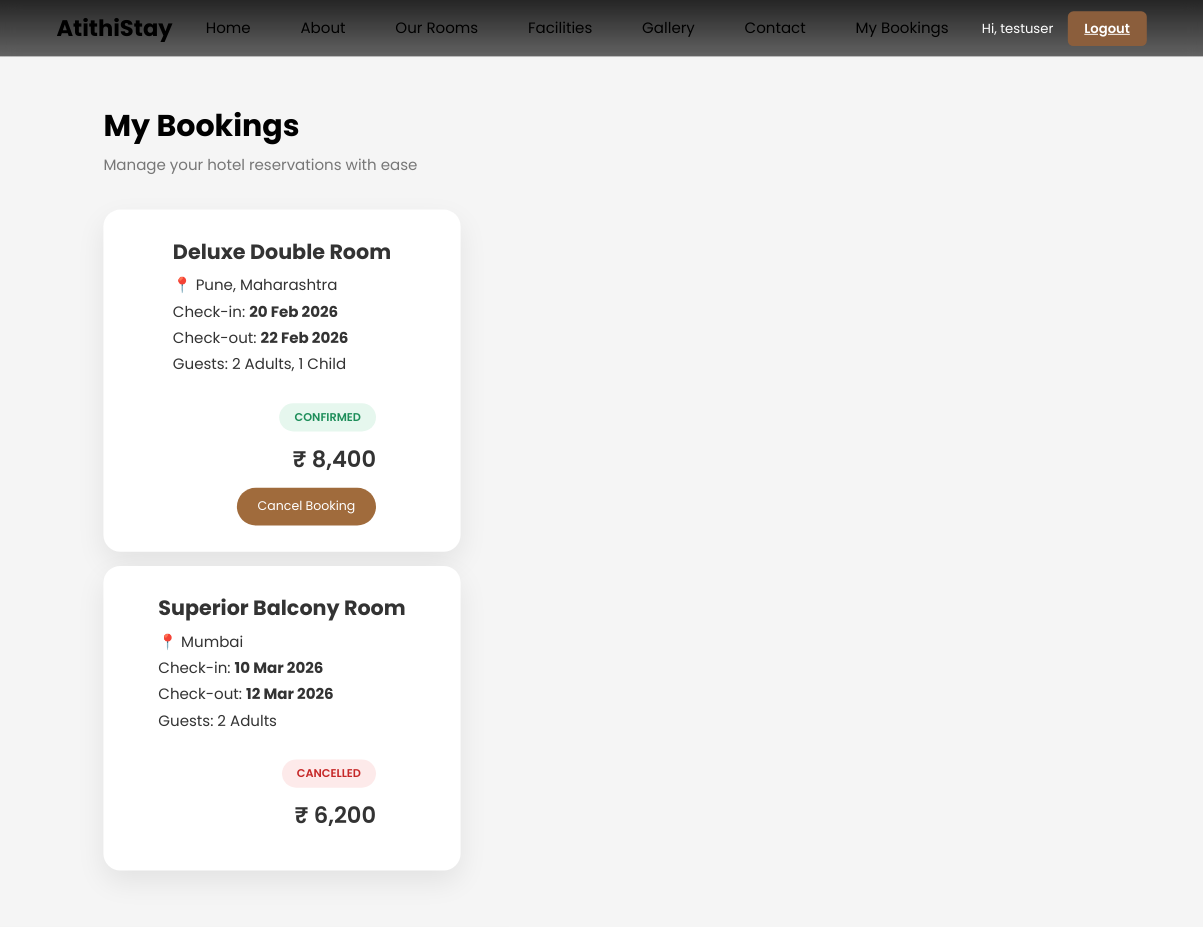
Repository: shraddhasal/HotelManagementSystem
Page: http://localhost/HMS/jsp/user/mybookings.jsp
These files come from the project's save history. The page is drawn as it stood at one moment and after the next save; the edit follows.
The browser window is 1280 px wide. The pictures show the whole page, at 94% of full size.
The page is served by Tomcat 10. The session is filled in as if someone had signed in: {"userName": "testuser"}.

Above is the page before, as saved 2026-02-17 12:40:30.

After the next save:
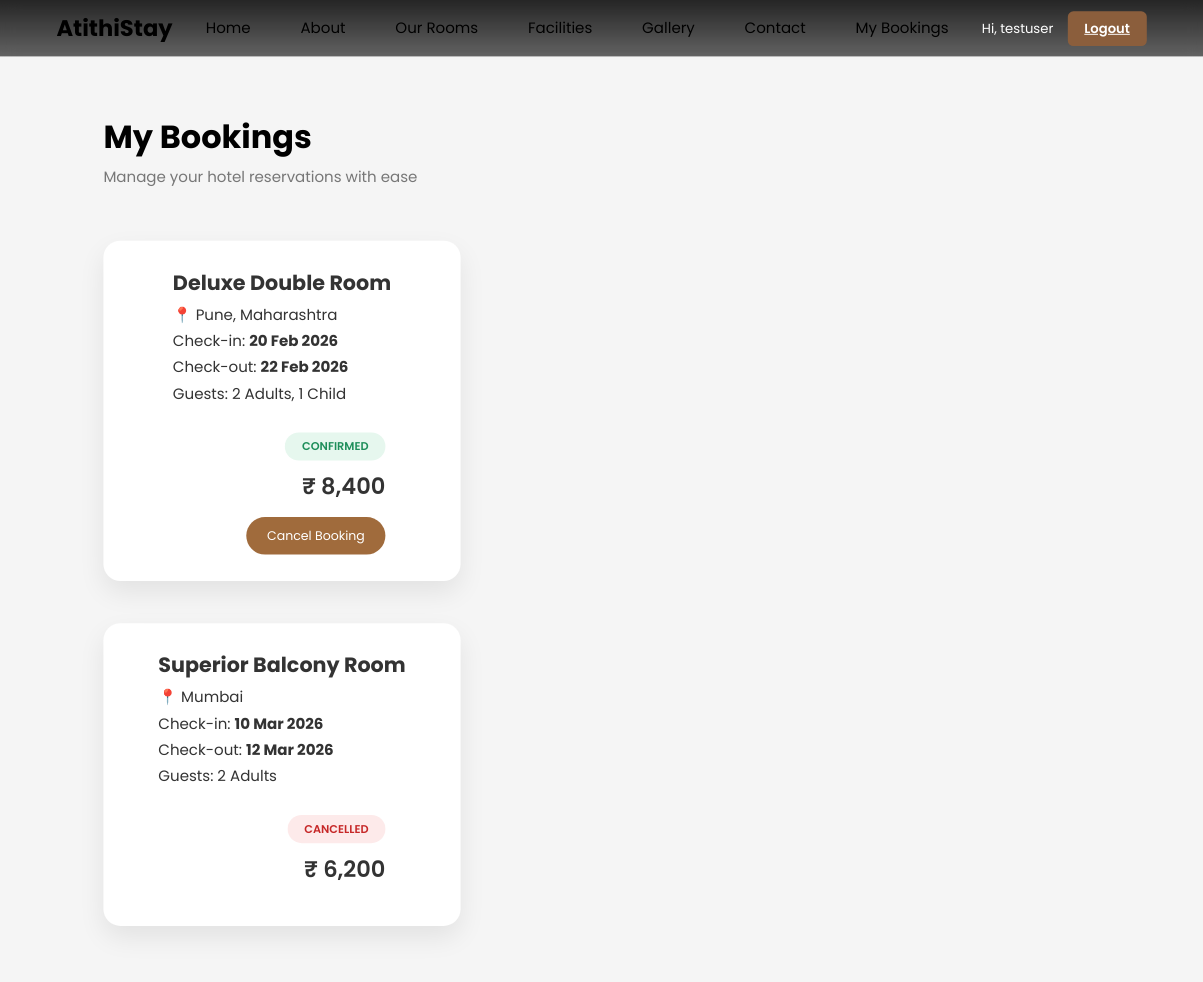
Saved 19 s later.
--- a/HMS/src/main/webapp/css/mybookings.css
+++ b/HMS/src/main/webapp/css/mybookings.css
@@ -1,61 +1,57 @@
 @import url("./home.css");
 
-/* RESET */
-* {
-  box-sizing: border-box;
-}
-
+/* BASE */
 body {
   font-family: 'Poppins', sans-serif;
   background: #f5f5f5;
   margin: 0;
 }
 
-/* PAGE WRAPPER */
+/* PAGE */
 .mybookings-page {
   max-width: 1100px;
-  margin: 110px auto 60px; /* ✅ PERFECT SPACE BELOW FIXED NAVBAR */
+  margin: 120px auto 60px; /* PERFECT spacing below navbar */
   padding: 0 20px;
 }
 
 /* HEADER */
 .mybookings-header h1 {
-  font-size: 32px;
+  font-size: 34px;
   margin-bottom: 6px;
 }
 
 .mybookings-header p {
   color: #777;
-  margin-bottom: 35px;
+  margin-bottom: 40px;
 }
 
-/* LIST – ONE CARD PER ROW */
-.bookings-list {
+/* CONTAINER */
+.bookings-container {
   display: flex;
   flex-direction: column;
   gap: 30px;
 }
 
-/* CARD */
+/* HORIZONTAL CARD */
 .booking-card {
-  background: #fff;
+  background: #ffffff;
   border-radius: 18px;
-  padding: 28px 32px;
+  padding: 28px 34px;
   display: flex;
   justify-content: space-between;
   align-items: center;
-  box-shadow: 0 12px 30px rgba(0,0,0,0.08);
+  box-shadow: 0 12px 28px rgba(0,0,0,0.08);
 }
 
 /* LEFT */
 .booking-left h3 {
   font-size: 22px;
-  margin-bottom: 8px;
+  margin-bottom: 6px;
 }
 
 .location {
   color: #a06b3c;
-  margin-bottom: 12px;
+  margin-bottom: 10px;
 }
 
 .booking-left p {
@@ -66,23 +62,23 @@ body {
 /* RIGHT */
 .booking-right {
   text-align: right;
-  min-width: 200px;
+  min-width: 220px;
 }
 
 /* PRICE */
 .price {
   font-size: 24px;
   font-weight: 600;
-  margin: 12px 0;
+  margin: 10px 0 14px;
 }
 
 /* STATUS */
 .status {
-  padding: 6px 16px;
+  display: inline-block;
+  padding: 6px 18px;
   border-radius: 20px;
   font-size: 12px;
   font-weight: 600;
-  display: inline-block;
 }
 
 .confirmed {
@@ -98,7 +94,7 @@ body {
 /* BUTTON */
 .cancel-btn {
   background: #a06b3c;
-  color: #fff;
+  color: white;
   border: none;
   padding: 10px 22px;
   border-radius: 22px;
@@ -109,7 +105,7 @@ body {
   opacity: 0.9;
 }
 
-/* RESPONSIVE */
+/* MOBILE */
 @media (max-width: 768px) {
   .booking-card {
     flex-direction: column;
